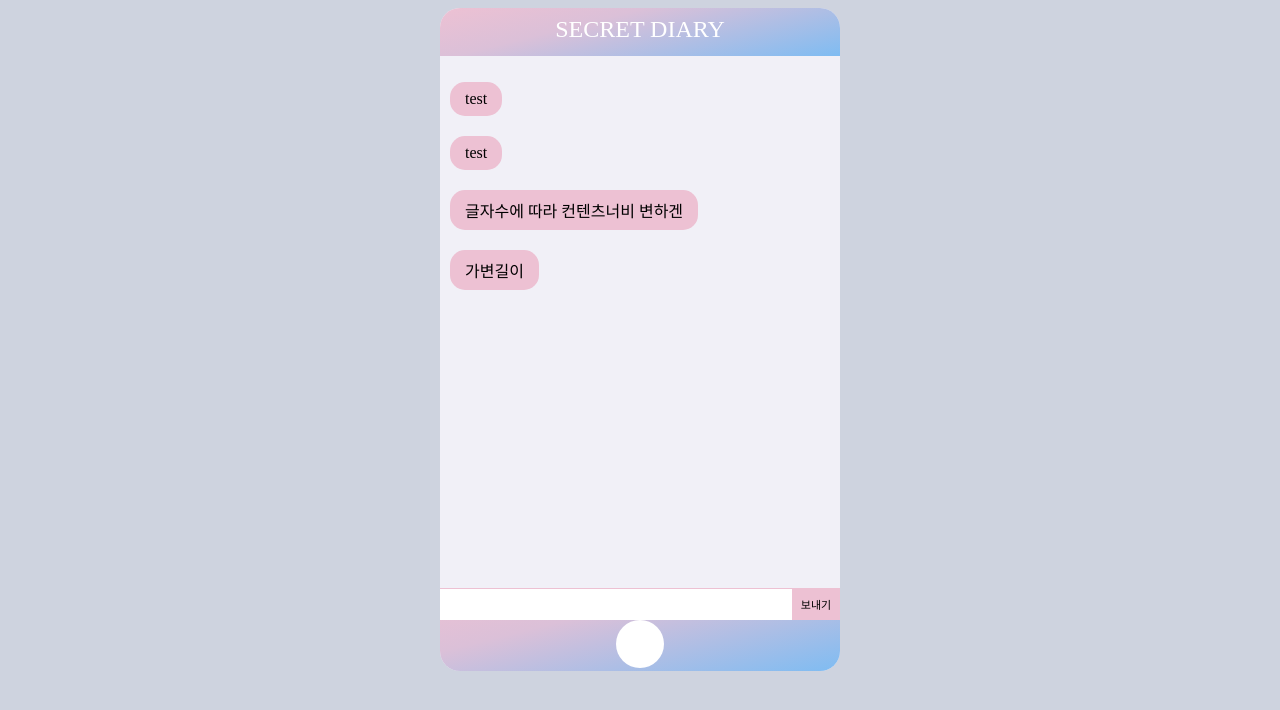
Repository: jinhee196/diary
Page: index.html
The author's editor kept a copy of each file at every save. The page is drawn from the files as they stood at one save, then again after the next save.
The browser window is 1280 px wide. The pictures show the whole page.

Above is the page before, as saved 2021-06-03 20:30:13.

After the next save:
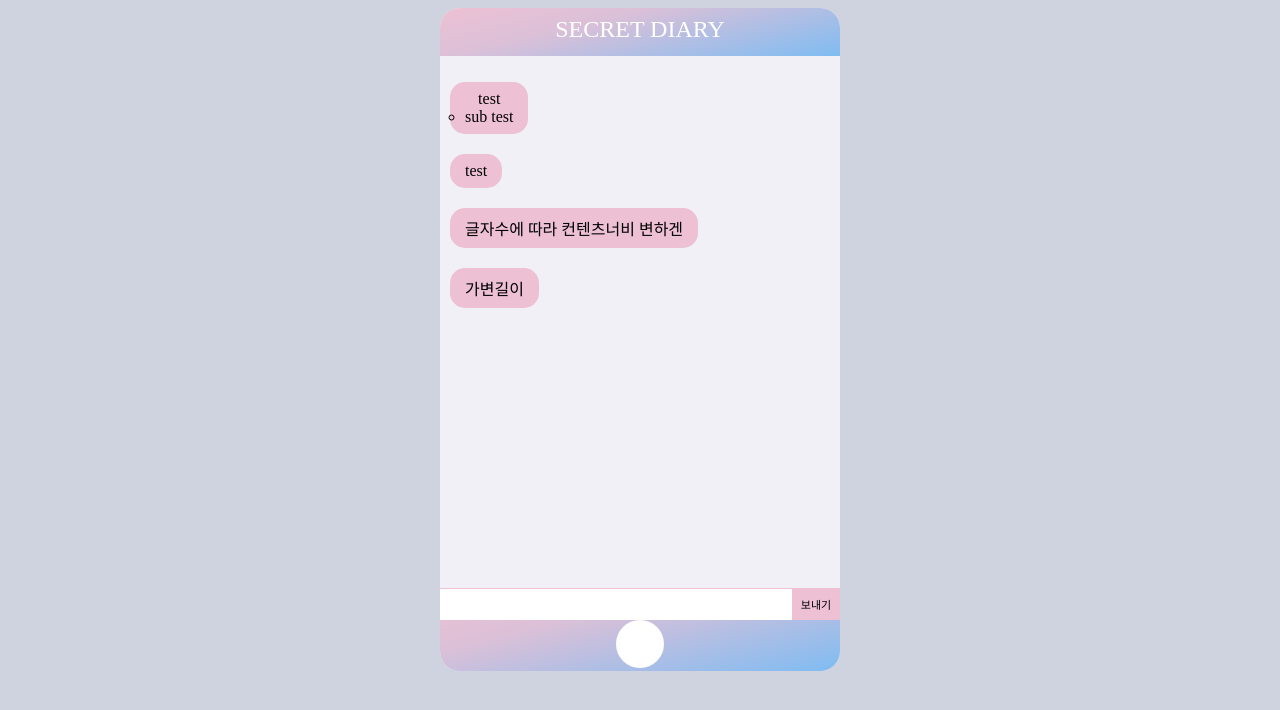
Saved 5 min 11 s later.
--- a/index.html
+++ b/index.html
@@ -11,7 +11,11 @@
     <div class="container">
       <header class="header">SECRET DIARY</header>
       <ul class="items">
-        <li class="item">test</li>
+        <li class="item">test
+          <ul class="sub__items">
+            <li class="sub__item">sub test</li>
+          </ul>
+        </li>
         <li class="item">test</li>
         <li class="item">글자수에 따라 컨텐츠너비 변하겐</li>
         <li class="item">가변길이</li>

After the save that followed:
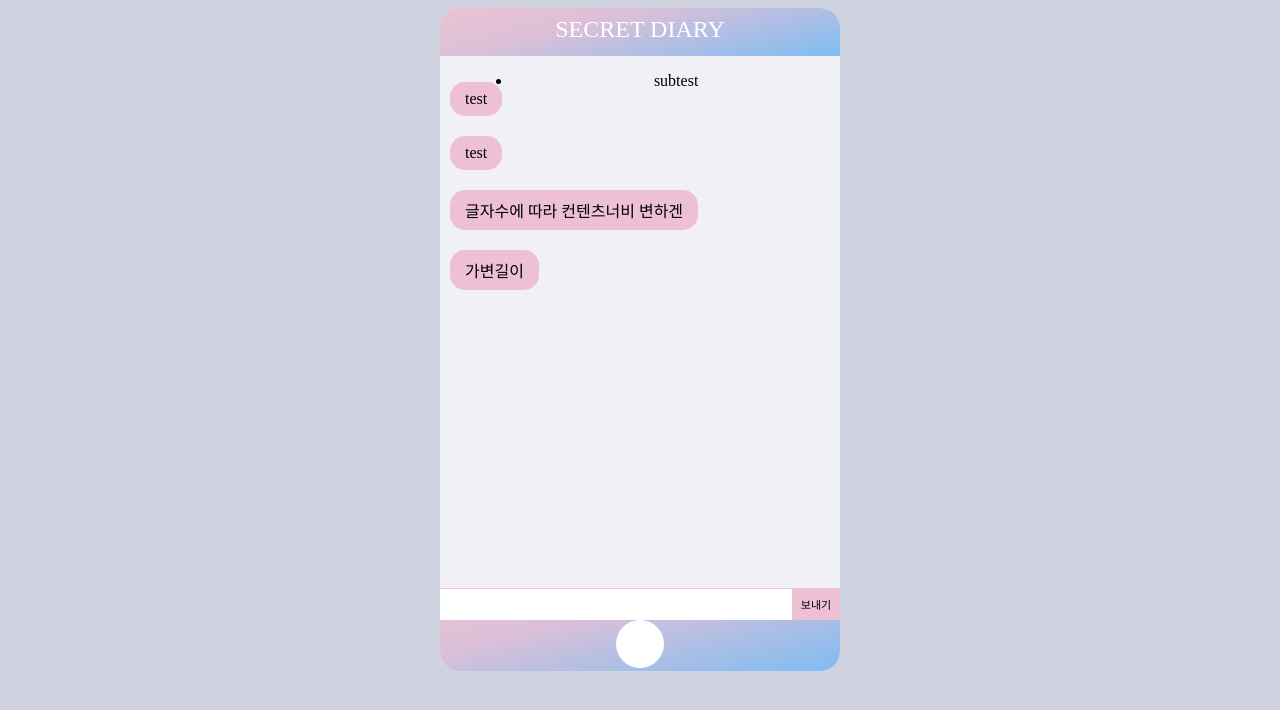
Saved 79 s later.
--- a/index.html
+++ b/index.html
@@ -11,11 +11,8 @@
     <div class="container">
       <header class="header">SECRET DIARY</header>
       <ul class="items">
-        <li class="item">test
-          <ul class="sub__items">
-            <li class="sub__item">sub test</li>
-          </ul>
-        </li>
+        <li class="item">test</li>
+        <li class="item-sub">subtest</li>
         <li class="item">test</li>
         <li class="item">글자수에 따라 컨텐츠너비 변하겐</li>
         <li class="item">가변길이</li>
